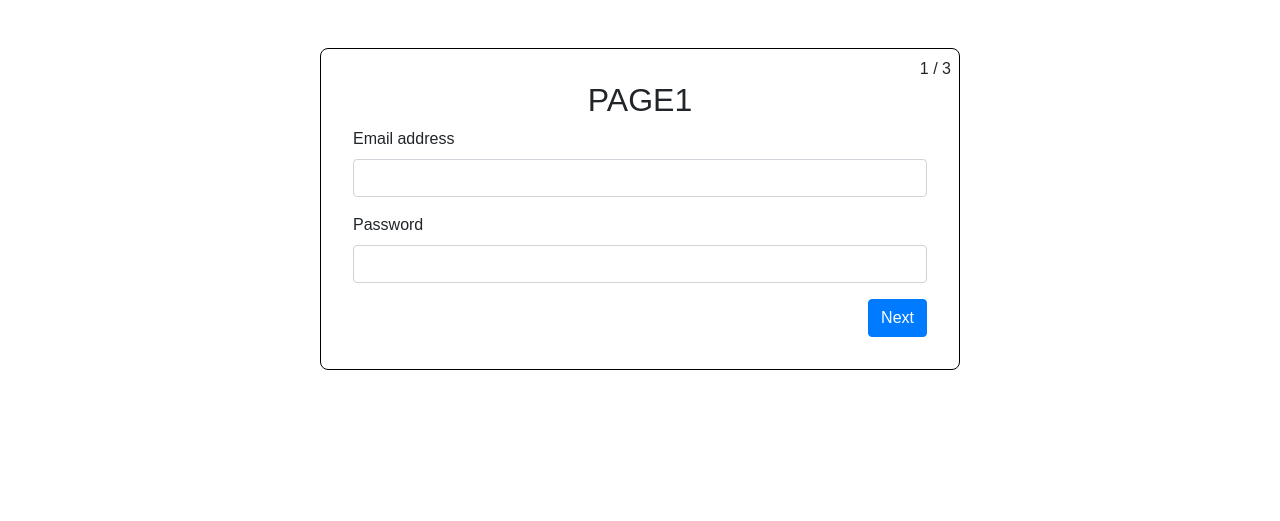
Repository: Aminox84/frontend-main
Page: /
These files come from the project's save history. The page is drawn as it stood at one moment and after the next save; the edit follows.
The browser window is 1280 px wide. The pictures show the whole page.
The project was rebuilt for these pictures with package versions that can differ from the ones it lists, and the page was loaded fresh each time. Also part of the build but not shown: src/AddressForm.tsx, src/AccountForm.tsx.

Above is the page before, as saved 2022-12-29 19:43:52.

After the next save:
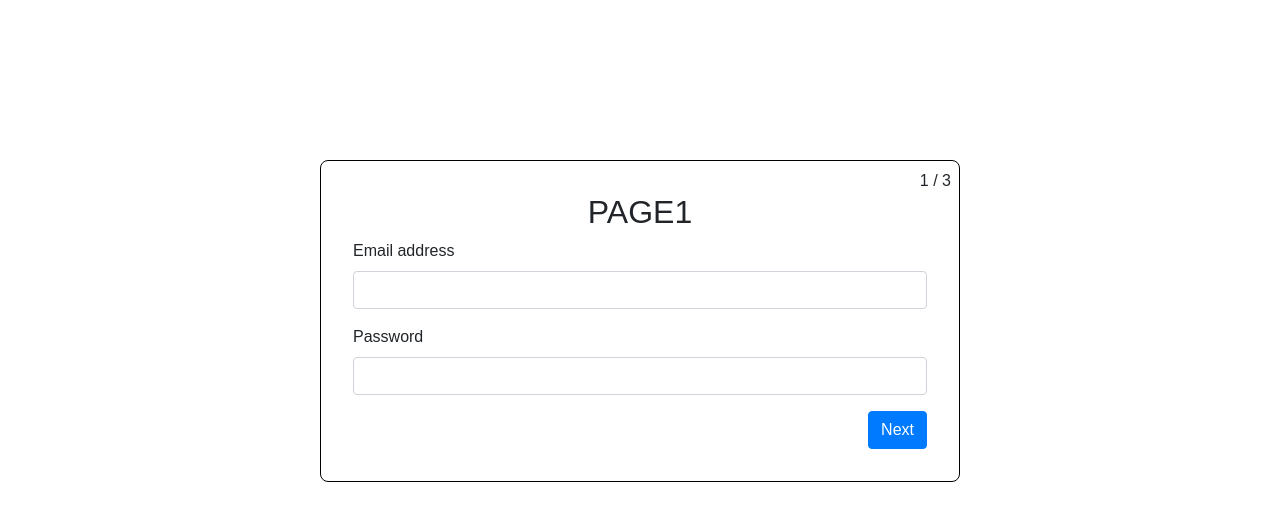
Saved 5 s later.
--- a/src/App.tsx
+++ b/src/App.tsx
@@ -11,7 +11,7 @@ function App() {
 const {steps,currentStepIndex,step,isFirstStep,isLastStep,back,next} = useMultistepForm([<UserForm />,<AddressForm />,<AccountForm />])
 
   return (
-    <div style={{position:"relative",background:"white",border:"1px solid  black",padding:"2rem",margin:" 3rem auto",borderRadius:".5rem",fontFamily:"Arial",width:"50%",}}>
+    <div style={{position:"relative",background:"white",border:"1px solid  black",padding:"2rem",margin:" 10rem auto",borderRadius:".5rem",fontFamily:"Arial",width:"50%",}}>
       <form>
        <div style={{position:"absolute",top:".5rem",right:".5rem"}}> {currentStepIndex + 1} / {steps.length}</div>
        {step}
